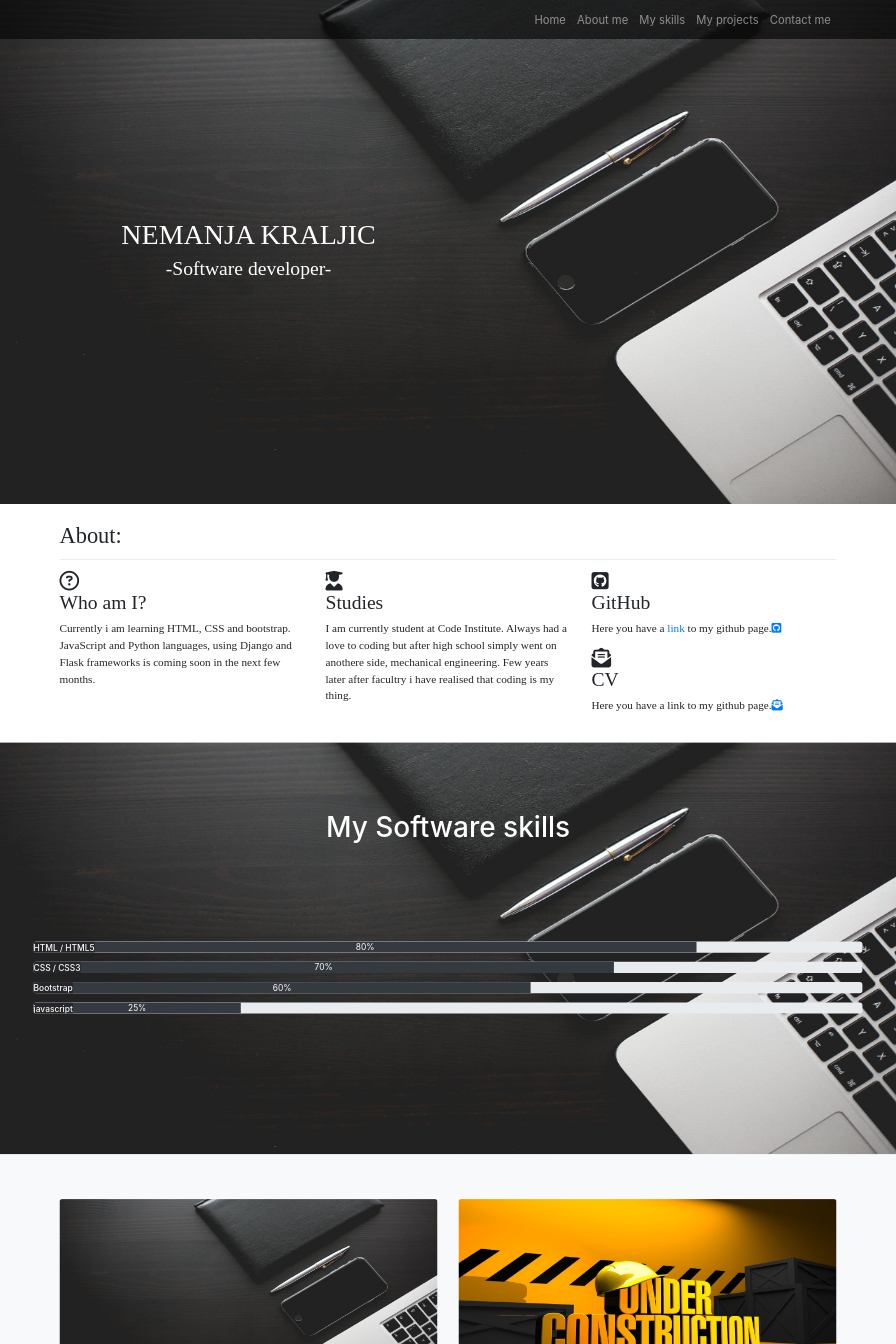
Repository: Kraljiccar/User-Centric-Frontend-Development-Milestone-Project
Page: index.html
The author's editor kept a record of every edit. The page is drawn from the files as they stood at one moment, then again after the next edit.
The browser window is 1280 px wide. The pictures show the part of the page from y = 0 to 1920 px (the page is 3403 px tall), at 70% of full size.
Backgrounds fixed to the window are drawn as part of the page. Some web fonts or font styles are not loaded; a fallback is used. Some web libraries are served in a nearby version.

Above is the page before.

After the next edit:
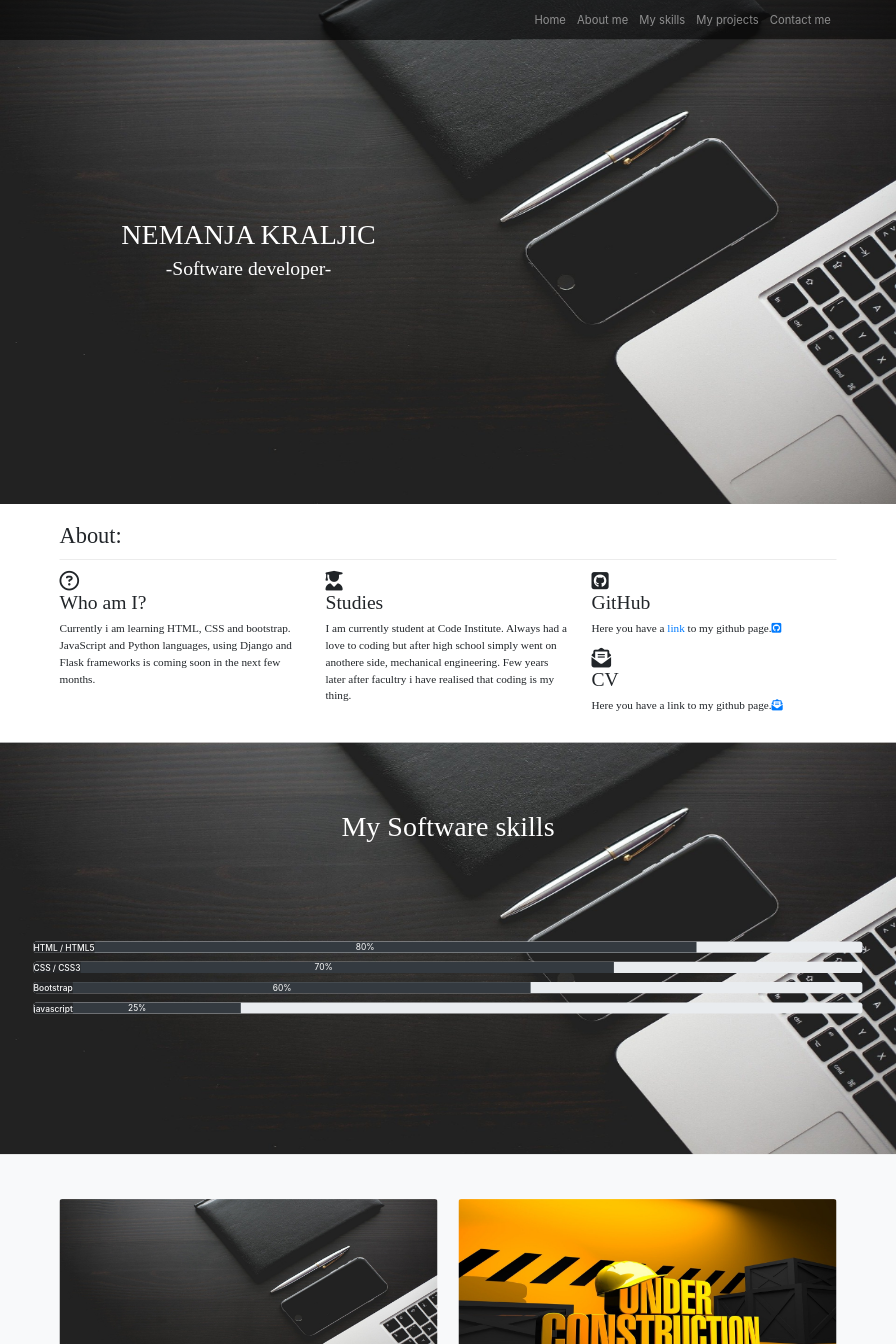
The edit:
--- a/index.html
+++ b/index.html
@@ -98,7 +98,7 @@
     </section>
     <!-----skills---->
     <section id="skills" class="p-5">
-        <div class="naslov">
+        <div class="naslov fonts">
             <h1 class="mb-5 mt-5"> My Software skills</h1>
         </div>
        <div class="row progress-section">
